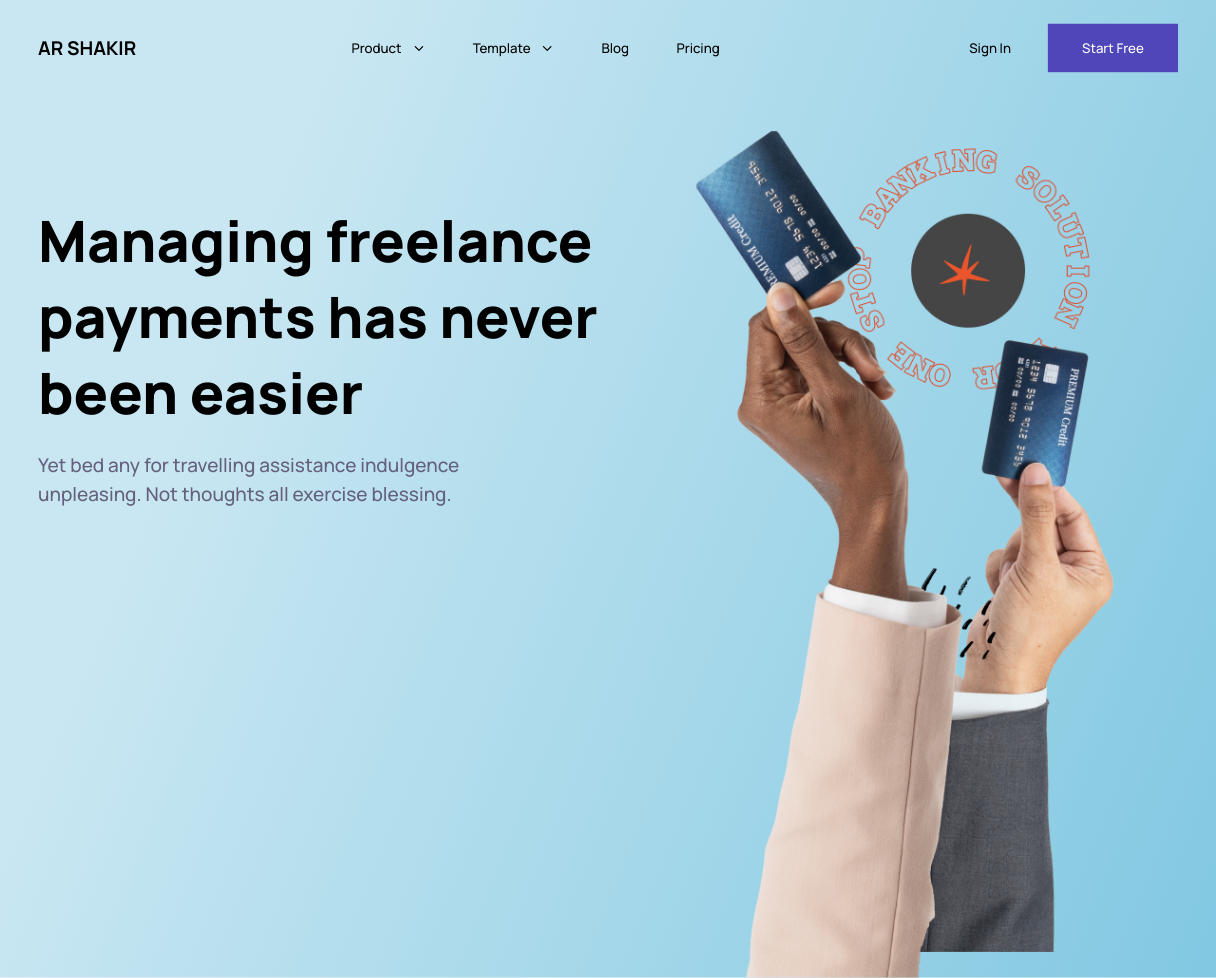
Repository: duongdori/ARShakir
Page: index.html
An editor plug-in stored every save of this project. The page is shown before and after the next save, followed by the edit.
The browser window is 1280 px wide. The pictures show the whole page, at 95% of full size.

Above is the page before, as saved 2022-04-02 00:56:24.

### index.html
<!DOCTYPE html>
<html lang="en">
<head>
    <meta charset="UTF-8">
    <meta http-equiv="X-UA-Compatible" content="IE=edge">
    <meta name="viewport" content="width=device-width, initial-scale=1.0">
    <title>AR SHAKIR</title>
    <link rel="preconnect" href="https://fonts.googleapis.com">
    <link rel="preconnect" href="https://fonts.gstatic.com" crossorigin>
    <link href="https://fonts.googleapis.com/css2?family=Manrope:wght@400;500;600;700;800&display=swap" rel="stylesheet">

    <link rel="stylesheet" href="./assets/css/main.css">
</head>
<body>
    <div class="wrapper">
        <header class="header">
            <div class="header-top">
                <div class="container">
                    <div class="header-logo">AR Shakir</div>
                    <ul class="header-menu">
                        <li class="header-menu-item">
                            <a href="#" class="header-menu-item-link">Product</a>
                            <a href="#" class="header-menu-item-icon">
                                <ion-icon name="ios-arrow-down"></ion-icon>
                            </a>
                        </li>
                        <li class="header-menu-item">
                            <a href="#" class="header-menu-item-link">Template</a>
                            <a href="#" class="header-menu-item-icon">
                                <ion-icon name="ios-arrow-down"></ion-icon>
                            </a>
                        </li>
                        <li class="header-menu-item">
                            <a href="#" class="header-menu-item-link">Blog</a>
                        </li>
                        <li class="header-menu-item">
                            <a href="#" class="header-menu-item-link">Pricing</a>
                        </li>
                    </ul>
                    <div class="header-login">
                        <a href="#" class="header-login-signin">Sign In</a>
                        <a href="#" class="header-login-startfree">Start Free</a>
                    </div>
                </div>
            </div>
            <div class="container">
                <div class="header-main">
                    <div class="header-content">
                        <h1 class="header-content-heading">
                            Managing freelance payments has never been easier
                        </h1>
                        <p class="header-content-desc">
                            Yet bed any for travelling assistance indulgence unpleasing. Not thoughts all exercise blessing.
                        </p>
                        <div class="header-content-btn">

                        </div>
                    </div>
                    <img srcset="./assets/images/img1.png 2x" class="header-img" alt="">
                </div>
            </div>
        </header>
    </div>
</body>
<script  src = "https://unpkg.com/ionicons@4.5.10-0/dist/ionicons.js" > </script >
</html>

### assets/css/main.css
*, *::before, *::after {
  box-sizing: border-box;
}
* {
  margin: 0;
}

html, body {
  height: 100%;
}
body {
  line-height: 1.5;
  -webkit-font-smoothing: antialiased;
  -webkit-tap-highlight-color: rgba(0,0,0,0);
}

img, picture, video, canvas, svg {
  display: block;
  max-width: 100%;
}
input, button, textarea, select {
  font: inherit;
  outline: none;
  border: none;
}
p, h1, h2, h3, h4, h5, h6 {
  overflow-wrap: break-word;
}

:root {
    --primary-font: "Manrope";
    --primary-text-color: #000;
}
body {
    font-family: var(--primary-font);
    font-weight: 500;
}

.wrapper {
    max-width: 1440px;
    margin: 0 auto;
}

.container {
    max-width: 1200px;
    margin: 0 auto;
}

.header{
    background: linear-gradient(292.12deg, #62BADA -35.02%, #C9E7F2 78.96%);
}

.header-top{
    padding-top: 38px;
}

.header-top .container {
    display:flex;
    justify-content: space-between;
    align-items: center;
}

.header-logo{
    font-weight: 700;
    font-size: 20px;
    line-height: calc(25 / 20);
    text-transform: uppercase;
    color: var(--primary-text-color);
}

.header-menu{
    display:flex;
    align-items: center;
    list-style: none;
    font-weight: 500;
    font-size: 14px;
    line-height: calc(19 / 14);
    padding: 0;
    margin-left: -50px;

}

.header-menu-item{
    margin-left: 50px;
}

.header-menu-item-link{
    color: var(--primary-text-color);
    text-decoration: none;

}

.header-menu-item-icon {
    color: var(--primary-text-color);
    margin-left: 8px;
    display: inline;
    top: 2px;
    position: relative;
}

.header-login{
    font-size: 14px;
    line-height: calc(19 / 14);
}

.header-login-signin{
    color: var(--primary-text-color);
    text-decoration: none;
    padding: 16px 36px;

}

.header-login-startfree{
    color: #fff;
    text-decoration: none;
    background-color: #4F46BA;
    padding: 16px 36px;

}


.header-main {
    display: flex;
    justify-content: space-between;
}

.header-content {
    max-width: 646px;
    width: 100%;
    margin-top: 150px;
    flex-shrink: 0;
}

.header-content-heading {
    font-size: 60px;
    font-weight: 800;
    line-height: calc(80 / 60);
    color: var(--primary-text-color);
}

.header-content-desc {
    max-width: 510px;
    width: 100%;
    margin-top: 22px;
    font-size: 20px;
    line-height: calc(30 / 20);
    color: #64607D;
}

After the next save:
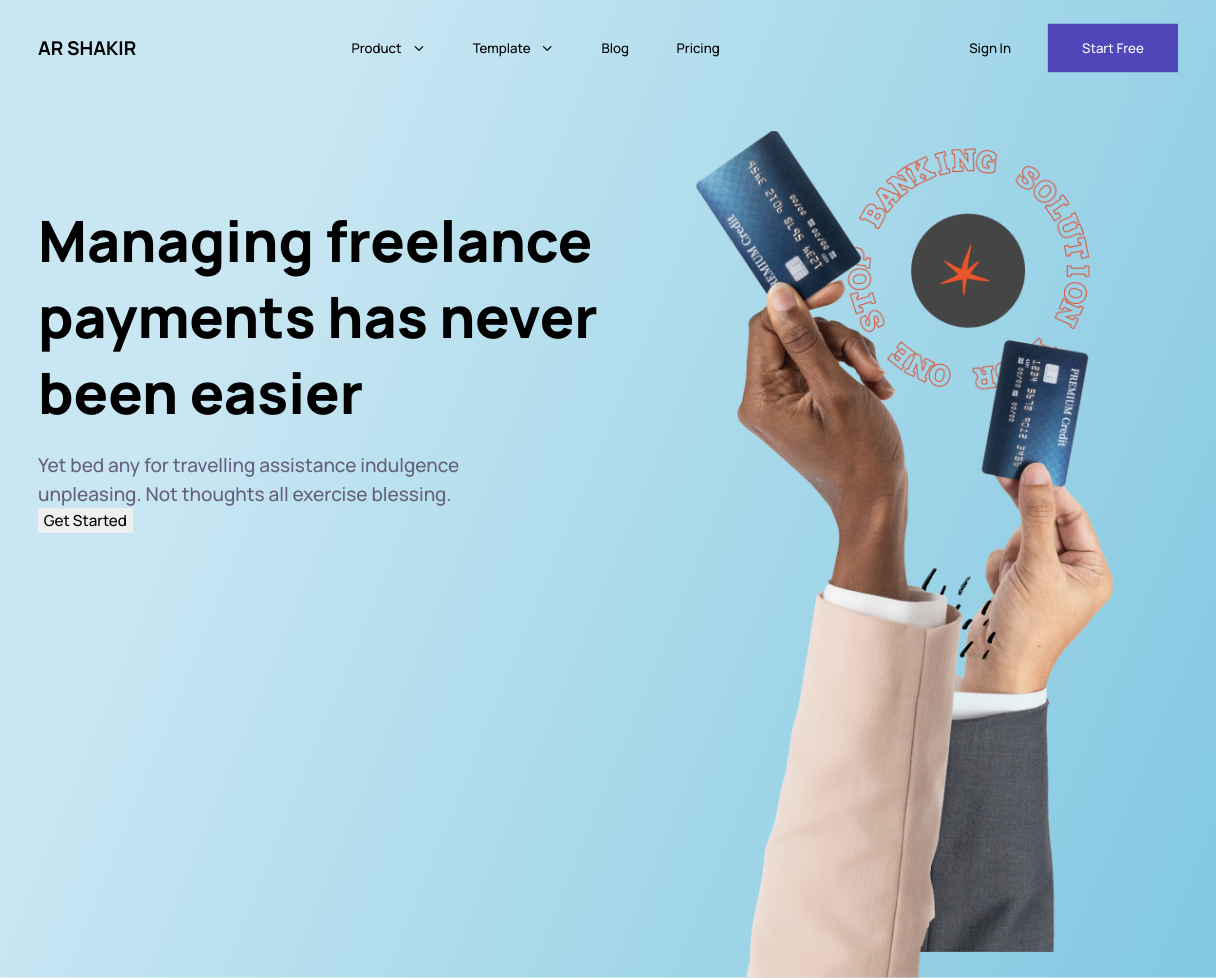
Saved 15 h 27 min later.
--- a/index.html
+++ b/index.html
@@ -53,7 +53,7 @@
                             Yet bed any for travelling assistance indulgence unpleasing. Not thoughts all exercise blessing.
                         </p>
                         <div class="header-content-btn">
-
+                            <button class="header-content-getstarted_btn">Get Started</button>
                         </div>
                     </div>
                     <img srcset="./assets/images/img1.png 2x" class="header-img" alt="">
